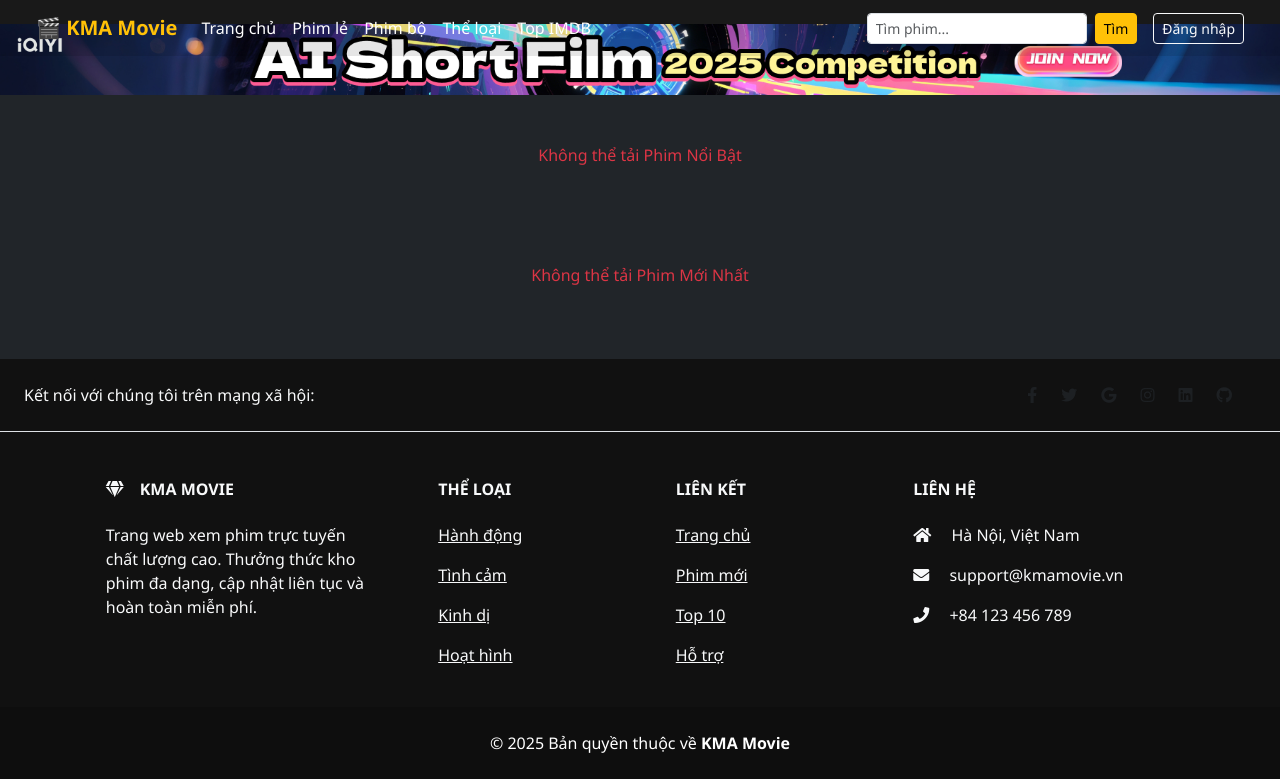
Repository: takagi2004/KMA_Nhom27_TTCS_WebXemFilm_FonEnd
Page: /
An editor plug-in stored every save of this project. The page is shown before and after the next save, followed by the edit.
The browser window is 1280 px wide. The pictures show the whole page.
The page's requests for data from a server got no answer. The project was rebuilt for these pictures with package versions that can differ from the ones it lists, and the page was loaded fresh each time. No one was signed in, and anything a server would have sent is missing. Also part of the build but not shown: src/layout/danhsachphim/Props/PhimCard.tsx.

Above is the page before, as saved 2025-08-07 00:58:39.

After the next save:
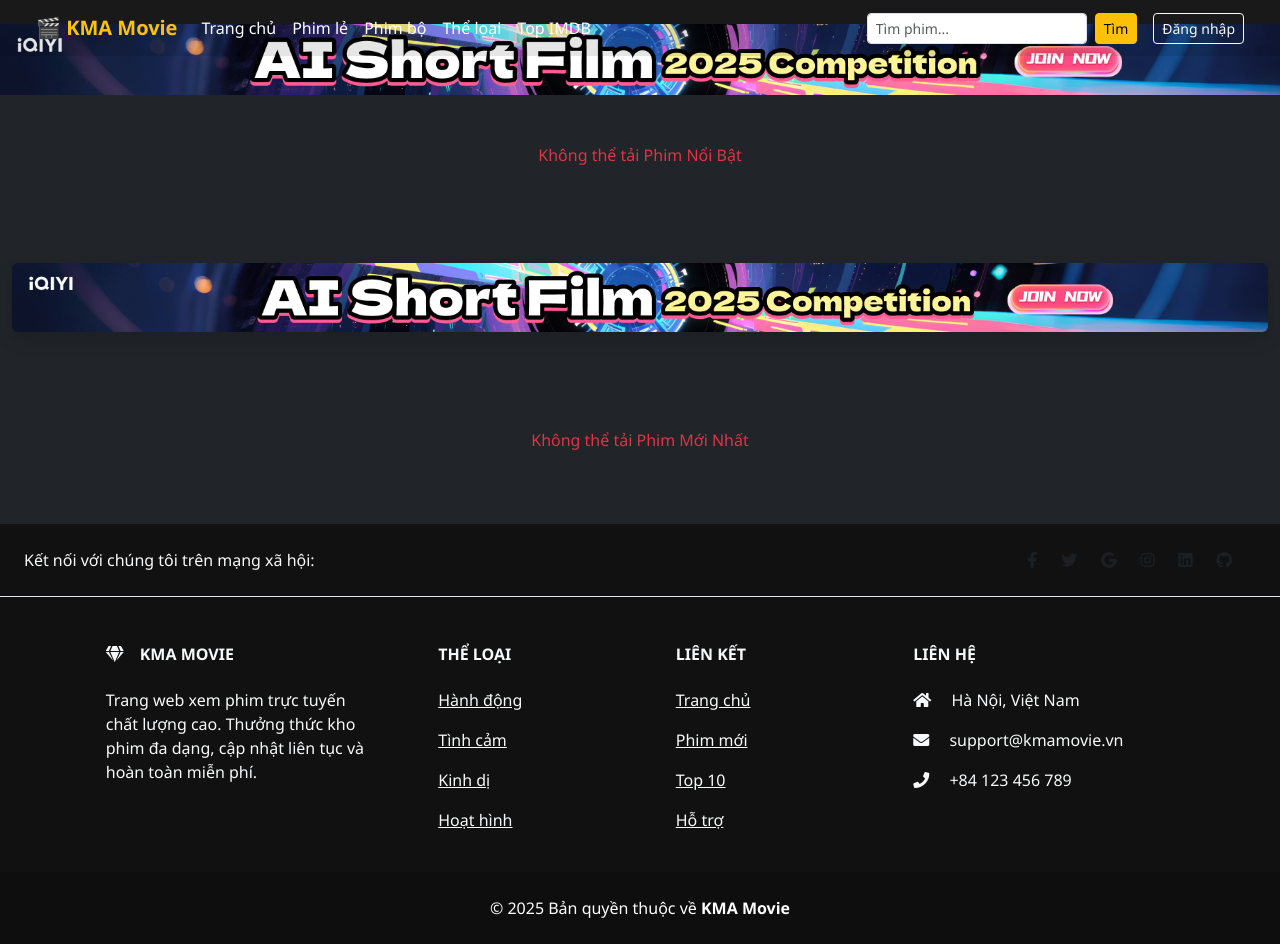
Saved 30 s later.
--- a/src/layout/header/Header.tsx
+++ b/src/layout/header/Header.tsx
@@ -23,15 +23,29 @@
 
       {/* ================== DANH SÁCH PHIM ================== */}
       <main className="container-fluid d-flex flex-column gap-5 pb-5">
-        <DanhSachPhim
-          title="Phim Nổi Bật"
-          fetchApi={() => PhimAPI.getPhimNoiBat(30)}
-        />
-        <DanhSachPhim
-          title="Phim Mới Nhất"
-          fetchApi={() => PhimAPI.getPhimMoiNhat(20)}
-        />
-      </main>
+  {/* Danh sách 1 */}
+  <DanhSachPhim
+    title="Phim Nổi Bật"
+    fetchApi={() => PhimAPI.getPhimNoiBat(30)}
+  />
+
+  {/* ✅ Banner giữa hai danh sách phim */}
+  <div className="my-4">
+    <img
+      src={BannerMid}
+      alt="Banner giữa danh sách phim"
+      className="img-fluid w-100 rounded shadow"
+      style={{ maxHeight: "250px", objectFit: "cover" }}
+    />
+  </div>
+
+  {/* Danh sách 2 */}
+  <DanhSachPhim
+    title="Phim Mới Nhất"
+    fetchApi={() => PhimAPI.getPhimMoiNhat(20)}
+  />
+</main>
+
     </div>
   );
 };
